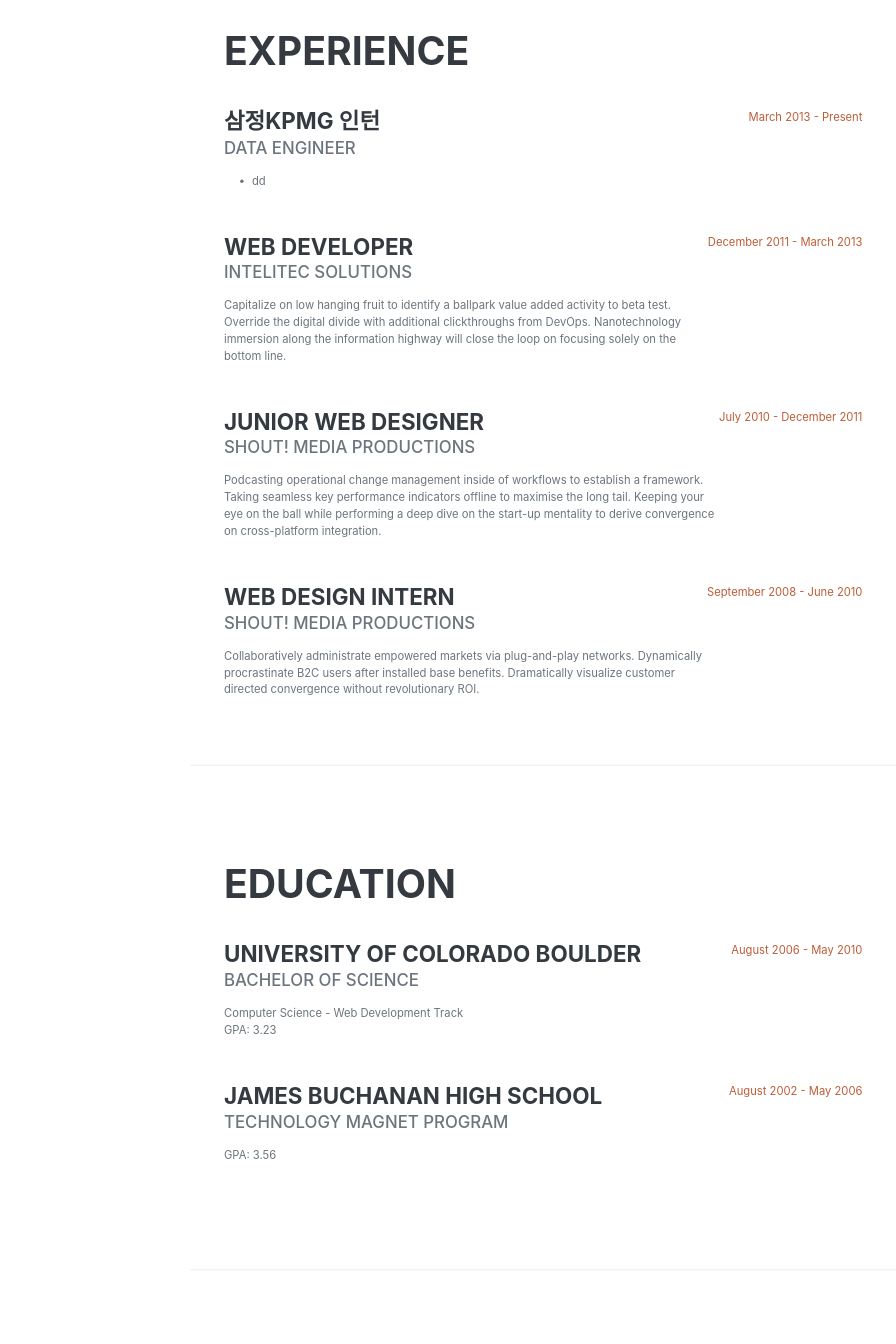
Repository: minsuk1/portfolio
Page: index.html
An editor plug-in stored every save of this project. The page is shown before and after the next save, followed by the edit.
The browser window is 1280 px wide. The pictures show the part of the page from y = 761 to 2681 px (the page is 4738 px tall before and 4762 px after), at 70% of full size.
Some web fonts or font styles are not loaded; a fallback is used.

Above is the page before, as saved 2021-01-01 10:38:41.

### index.html
<!DOCTYPE html>
<html lang="en">
    <head>
        <meta charset="utf-8" />
        <meta name="viewport" content="width=device-width, initial-scale=1, shrink-to-fit=no" />
        <meta name="description" content="" />
        <meta name="author" content="" />
        <title>Resume - Start Bootstrap Theme</title>
        <link rel="icon" type="image/x-icon" href="assets/img/favicon.ico" />
        <!-- Font Awesome icons (free version)-->
        <script src="https://use.fontawesome.com/releases/v5.15.1/js/all.js" crossorigin="anonymous"></script>
        <!-- Google fonts-->
        <link href="https://fonts.googleapis.com/css?family=Saira+Extra+Condensed:500,700" rel="stylesheet" type="text/css" />
        <link href="https://fonts.googleapis.com/css?family=Muli:400,400i,800,800i" rel="stylesheet" type="text/css" />
        <!-- Core theme CSS (includes Bootstrap)-->
        <link href="css/styles.css" rel="stylesheet" />
    </head>
    <body id="page-top">
        <!-- Navigation-->
        <nav class="navbar navbar-expand-lg navbar-dark bg-primary fixed-top" id="sideNav">
            <a class="navbar-brand js-scroll-trigger" href="#page-top">
                <span class="d-block d-lg-none">Clarence Taylor</span>
                <span class="d-none d-lg-block"><img class="img-fluid img-profile rounded-circle mx-auto mb-2" src="assets/img/profile.jpg" alt="" /></span>
            </a>
            <button class="navbar-toggler" type="button" data-toggle="collapse" data-target="#navbarSupportedContent" aria-controls="navbarSupportedContent" aria-expanded="false" aria-label="Toggle navigation"><span class="navbar-toggler-icon"></span></button>
            <div class="collapse navbar-collapse" id="navbarSupportedContent">
                <ul class="navbar-nav">
                    <li class="nav-item"><a class="nav-link js-scroll-trigger" href="#about">About</a></li>
                    <li class="nav-item"><a class="nav-link js-scroll-trigger" href="#experience">Experience</a></li>
                    <li class="nav-item"><a class="nav-link js-scroll-trigger" href="#education">Education</a></li>
                    <li class="nav-item"><a class="nav-link js-scroll-trigger" href="#skills">Skills</a></li>
                    <li class="nav-item"><a class="nav-link js-scroll-trigger" href="#interests">Interests</a></li>
                    <li class="nav-item"><a class="nav-link js-scroll-trigger" href="#awards">Awards</a></li>
                </ul>
            </div>
        </nav>
        <!-- Page Content-->
        <div class="container-fluid p-0">
            <!-- About-->
            <section class="resume-section" id="about">
                <div class="resume-section-content">
                    <h1 class="mb-0">
                        Portfolio
                        <span class="text-primary">오민석</span>
                    </h1>
                    <div class="subheading mb-5">
                                  010-6265-6918
                        <a href="mailto:name@email.com">palt1230@email.com</a>
                    </div>
                    <p class="lead mb-5"></p>
                    <div class="social-icons">
                        <a class="social-icon" href="https://github.com/minsuk1"><i class="fab fa-github"></i></a>
                        <a class="social-icon" href="https://velog.io/@minsuk"><i class="fas fa-envelope-open-text"></i></i></a>
                        <a class="social-icon" href="#"><i class="fab fa-facebook-f"></i></a>
                    </div>
                </div>
            </section>
            <hr class="m-0" />
            <!-- Experience-->
            <section class="resume-section" id="experience">
                <div class="resume-section-content">
                    <h2 class="mb-5">Experience</h2>
                    <div class="d-flex flex-column flex-md-row justify-content-between mb-5">
                        <div class="flex-grow-1">
                            <h3 class="mb-0">삼정KPMG 인턴</h3>
                            <div class="subheading mb-3">Data Engineer</div>
                            <ul>
                                <li>dd</li>
                            </ul>

                        </div>
                        <div class="flex-shrink-0"><span class="text-primary">March 2013 - Present</span></div>
                    </div>
                    <div class="d-flex flex-column flex-md-row justify-content-between mb-5">
                        <div class="flex-grow-1">
                            <h3 class="mb-0">Web Developer</h3>
                            <div class="subheading mb-3">Intelitec Solutions</div>
                            <p>Capitalize on low hanging fruit to identify a ballpark value added activity to beta test. Override the digital divide with additional clickthroughs from DevOps. Nanotechnology immersion along the information highway will close the loop on focusing solely on the bottom line.</p>
                        </div>
                        <div class="flex-shrink-0"><span class="text-primary">December 2011 - March 2013</span></div>
                    </div>
                    <div class="d-flex flex-column flex-md-row justify-content-between mb-5">
                        <div class="flex-grow-1">
                            <h3 class="mb-0">Junior Web Designer</h3>
                            <div class="subheading mb-3">Shout! Media Productions</div>
                            <p>Podcasting operational change management inside of workflows to establish a framework. Taking seamless key performance indicators offline to maximise the long tail. Keeping your eye on the ball while performing a deep dive on the start-up mentality to derive convergence on cross-platform integration.</p>
                        </div>
                        <div class="flex-shrink-0"><span class="text-primary">July 2010 - December 2011</span></div>
                    </div>
                    <div class="d-flex flex-column flex-md-row justify-content-between">
                        <div class="flex-grow-1">
                            <h3 class="mb-0">Web Design Intern</h3>
                            <div class="subheading mb-3">Shout! Media Productions</div>
                            <p>Collaboratively administrate empowered markets via plug-and-play networks. Dynamically procrastinate B2C users after installed base benefits. Dramatically visualize customer directed convergence without revolutionary ROI.</p>
                        </div>
                        <div class="flex-shrink-0"><span class="text-primary">September 2008 - June 2010</span></div>
                    </div>
                </div>
            </section>
            <hr class="m-0" />
            <!-- Education-->
            <section class="resume-section" id="education">
                <div class="resume-section-content">
                    <h2 class="mb-5">Education</h2>
                    <div class="d-flex flex-column flex-md-row justify-content-between mb-5">
                        <div class="flex-grow-1">
                            <h3 class="mb-0">University of Colorado Boulder</h3>
                            <div class="subheading mb-3">Bachelor of Science</div>
                            <div>Computer Science - Web Development Track</div>
                            <p>GPA: 3.23</p>
                        </div>
                        <div class="flex-shrink-0"><span class="text-primary">August 2006 - May 2010</span></div>
                    </div>
                    <div class="d-flex flex-column flex-md-row justify-content-between">
                        <div class="flex-grow-1">
                            <h3 class="mb-0">James Buchanan High School</h3>
                            <div class="subheading mb-3">Technology Magnet Program</div>
                            <p>GPA: 3.56</p>
                        </div>
                        <div class="flex-shrink-0"><span class="text-primary">August 2002 - May 2006</span></div>
                    </div>
                </div>
            </section>
            <hr class="m-0" />
            <!-- Skills-->
            <section class="resume-section" id="skills">
                <div class="resume-section-content">
                    <h2 class="mb-5">Skills</h2>
                    <div class="subheading mb-3">Programming Languages & Tools</div>
                    <ul class="list-inline dev-icons">
                        <li class="list-inline-item"><i class="fab fa-html5"></i></li>
                        <li class="list-inline-item"><i class="fab fa-css3-alt"></i></li>
                        <li class="list-inline-item"><i class="fab fa-js-square"></i></li>
                        <li class="list-inline-item"><i class="fab fa-angular"></i></li>
                        <li class="list-inline-item"><i class="fab fa-react"></i></li>
                        <li class="list-inline-item"><i class="fab fa-node-js"></i></li>
                        <li class="list-inline-item"><i class="fab fa-sass"></i></li>
                        <li class="list-inline-item"><i class="fab fa-less"></i></li>
                        <li class="list-inline-item"><i class="fab fa-wordpress"></i></li>
                        <li class="list-inline-item"><i class="fab fa-gulp"></i></li>
                        <li class="list-inline-item"><i class="fab fa-grunt"></i></li>
                        <li class="list-inline-item"><i class="fab fa-npm"></i></li>
                    </ul>
                    <div class="subheading mb-3">Workflow</div>
                    <ul class="fa-ul mb-0">
                        <li>
                            <span class="fa-li"><i class="fas fa-check"></i></span>
                            Mobile-First, Responsive Design
                        </li>
                        <li>
                            <span class="fa-li"><i class="fas fa-check"></i></span>
                            Cross Browser Testing & Debugging
                        </li>
                        <li>
                            <span class="fa-li"><i class="fas fa-check"></i></span>
                            Cross Functional Teams
                        </li>
                        <li>
                            <span class="fa-li"><i class="fas fa-check"></i></span>
                            Agile Development & Scrum
                        </li>
                    </ul>
                </div>
            </section>
            <hr class="m-0" />
            <!-- Interests-->
            <section class="resume-section" id="interests">
                <div class="resume-section-content">
                    <h2 class="mb-5">Interests</h2>
                    <p>Apart from being a web developer, I enjoy most of my time being outdoors. In the winter, I am an avid skier and novice ice climber. During the warmer months here in Colorado, I enjoy mountain biking, free climbing, and kayaking.</p>
                    <p class="mb-0">When forced indoors, I follow a number of sci-fi and fantasy genre movies and television shows, I am an aspiring chef, and I spend a large amount of my free time exploring the latest technology advancements in the front-end web development world.</p>
                </div>
            </section>
            <hr class="m-0" />
            <!-- Awards-->
            <section class="resume-section" id="awards">
                <div class="resume-section-content">
                    <h2 class="mb-5">Awards & Certifications</h2>
                    <ul class="fa-ul mb-0">
                        <li>
                            <span class="fa-li"><i class="fas fa-trophy text-warning"></i></span>
                            Google Analytics Certified Developer
                        </li>
                        <li>
                            <span class="fa-li"><i class="fas fa-trophy text-warning"></i></span>
                            Mobile Web Specialist - Google Certification
                        </li>
                        <li>
                            <span class="fa-li"><i class="fas fa-trophy text-warning"></i></span>
                            1
                            <sup>st</sup>
                            Place - University of Colorado Boulder - Emerging Tech Competition 2009
                        </li>
                        <li>
                            <span class="fa-li"><i class="fas fa-trophy text-warning"></i></span>
                            1
                            <sup>st</sup>
                            Place - University of Colorado Boulder - Adobe Creative Jam 2008 (UI Design Category)
                        </li>
                        <li>
                            <span class="fa-li"><i class="fas fa-trophy text-warning"></i></span>
                            2
                            <sup>nd</sup>
                            Place - University of Colorado Boulder - Emerging Tech Competition 2008
                        </li>
                        <li>
                            <span class="fa-li"><i class="fas fa-trophy text-warning"></i></span>
                            1
                            <sup>st</sup>
                            Place - James Buchanan High School - Hackathon 2006
                        </li>
                        <li>
                            <span class="fa-li"><i class="fas fa-trophy text-warning"></i></span>
                            3
                            <sup>rd</sup>
                            Place - James Buchanan High School - Hackathon 2005
                        </li>
                    </ul>
                </div>
            </section>
        </div>
        <!-- Bootstrap core JS-->
        <script src="https://cdnjs.cloudflare.com/ajax/libs/jquery/3.5.1/jquery.min.js"></script>
        <script src="https://cdn.jsdelivr.net/npm/bootstrap@4.5.3/dist/js/bootstrap.bundle.min.js"></script>
        <!-- Third party plugin JS-->
        <script src="https://cdnjs.cloudflare.com/ajax/libs/jquery-easing/1.4.1/jquery.easing.min.js"></script>
        <!-- Core theme JS-->
        <script src="js/scripts.js"></script>
    </body>
</html>

### js/scripts.js
/*!
    * Start Bootstrap - Resume v6.0.2 (https://startbootstrap.com/theme/resume)
    * Copyright 2013-2020 Start Bootstrap
    * Licensed under MIT (https://github.com/StartBootstrap/startbootstrap-resume/blob/master/LICENSE)
    */
    (function ($) {
    "use strict"; // Start of use strict

    // Smooth scrolling using jQuery easing
    $('a.js-scroll-trigger[href*="#"]:not([href="#"])').click(function () {
        if (
            location.pathname.replace(/^\//, "") ==
                this.pathname.replace(/^\//, "") &&
            location.hostname == this.hostname
        ) {
            var target = $(this.hash);
            target = target.length
                ? target
                : $("[name=" + this.hash.slice(1) + "]");
            if (target.length) {
                $("html, body").animate(
                    {
                        scrollTop: target.offset().top,
                    },
                    1000,
                    "easeInOutExpo"
                );
                return false;
            }
        }
    });

    // Closes responsive menu when a scroll trigger link is clicked
    $(".js-scroll-trigger").click(function () {
        $(".navbar-collapse").collapse("hide");
    });

    // Activate scrollspy to add active class to navbar items on scroll
    $("body").scrollspy({
        target: "#sideNav",
    });
})(jQuery); // End of use strict

Loaded but not shown: css/styles.css (library)

After the next save:
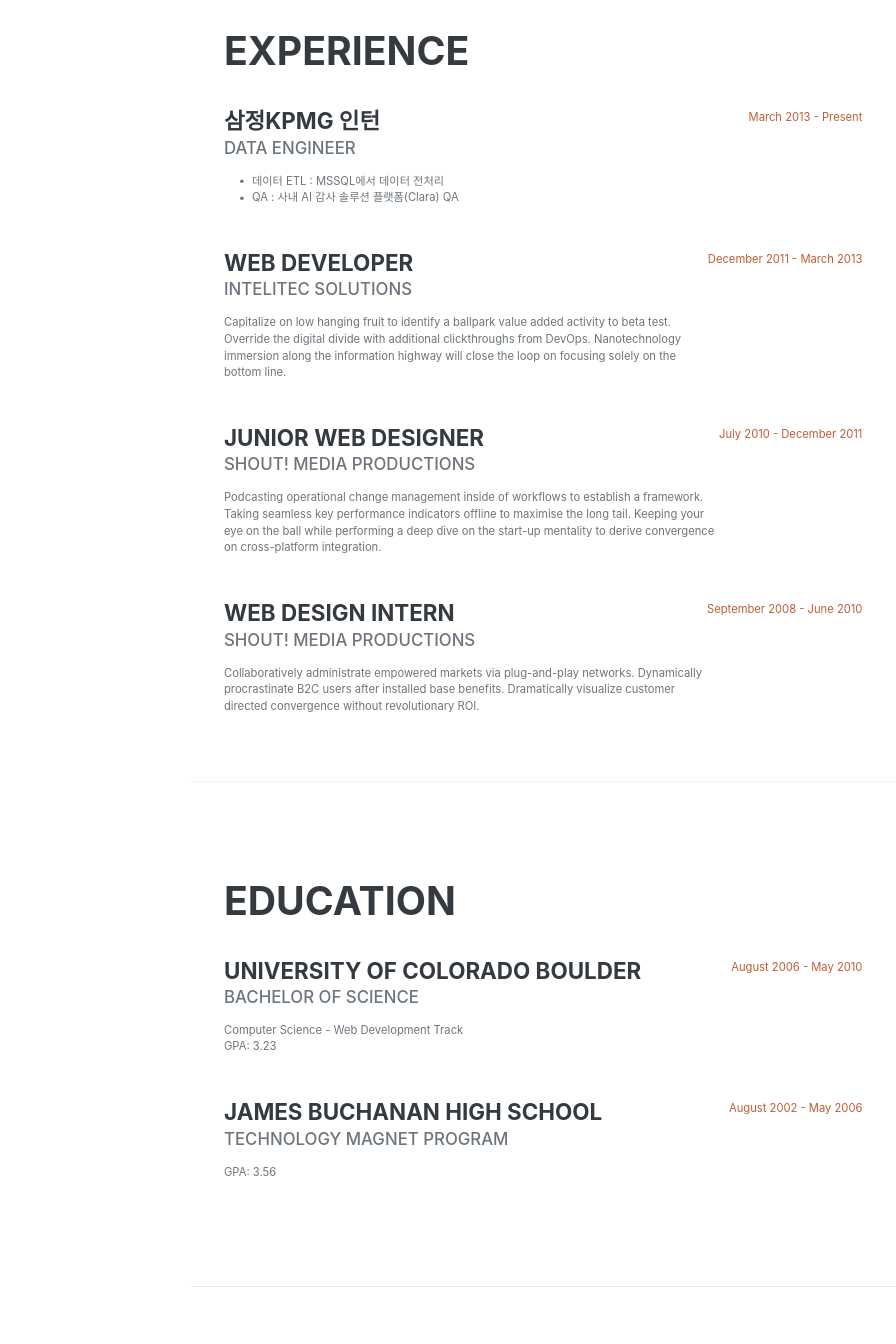
Saved 81 s later.
--- a/index.html
+++ b/index.html
@@ -65,7 +65,8 @@
                             <h3 class="mb-0">삼정KPMG 인턴</h3>
                             <div class="subheading mb-3">Data Engineer</div>
                             <ul>
-                                <li>dd</li>
+                                <li>데이터 ETL : MSSQL에서 데이터 전처리</li>
+                                <li>QA : 사내 AI 감사 솔루션 플랫폼(Clara) QA</li>
                             </ul>
 
                         </div>
